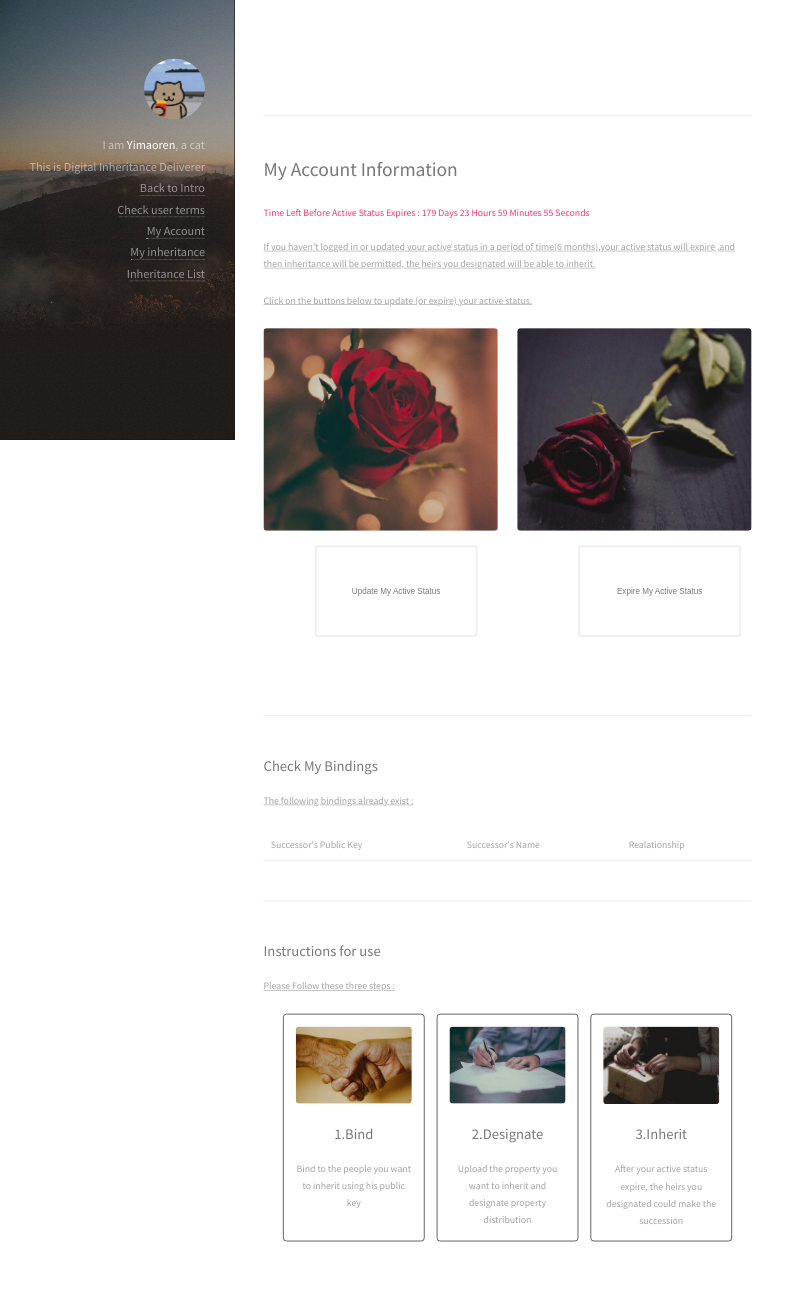
Repository: 1mocat/DID-blockchain-project
Page: Digital_I_D/app/src/myaccount.html
These files come from the project's save history. The page is drawn as it stood at one moment and after the next save; the edit follows.
The browser window is 1280 px wide. The page is 1315 px wide, so the pictures cover 1315 px, including what lies to the right of the window. The pictures show the whole page, at 61% of full size.

Above is the page before, as saved 2023-10-03 12:50:12.

After the next save:
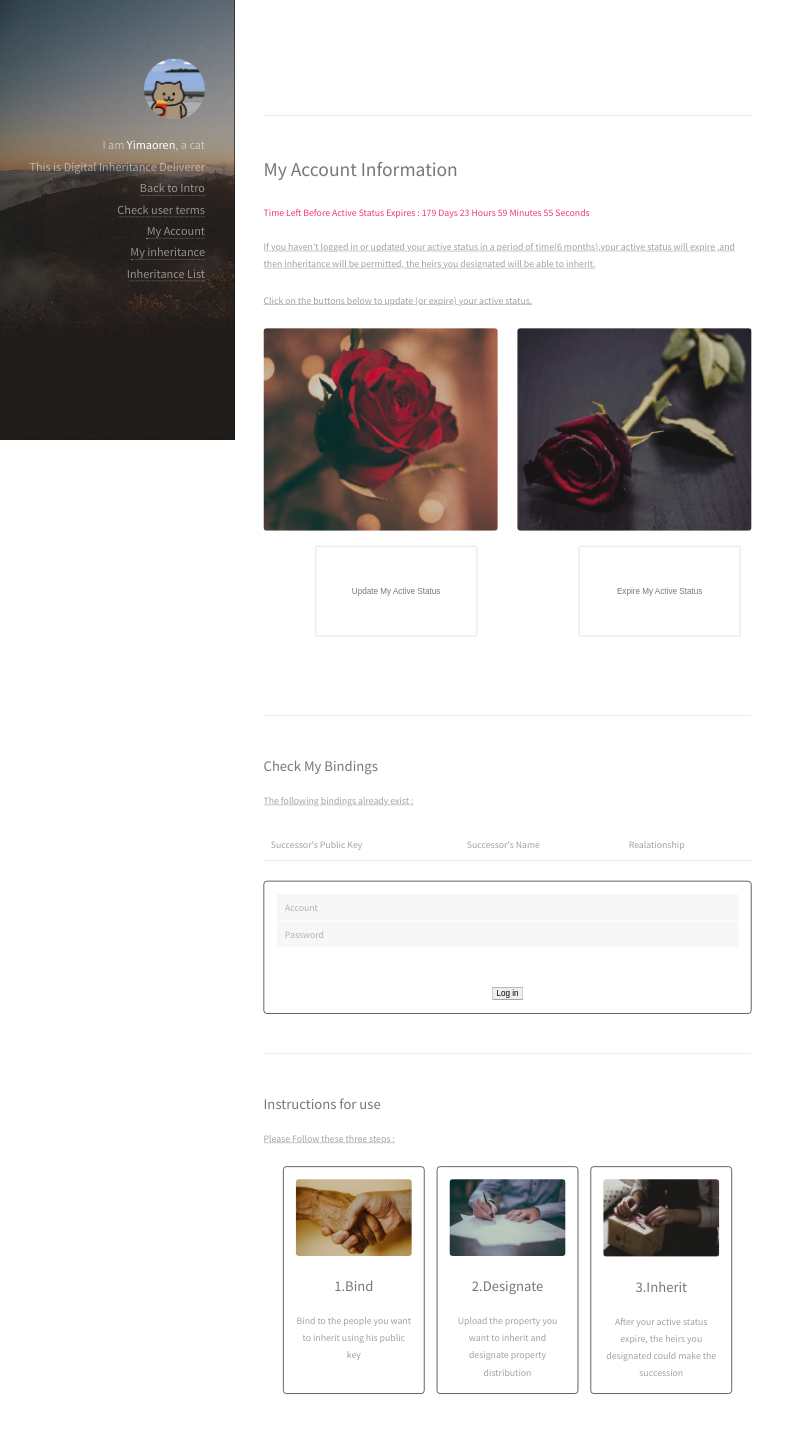
Saved 50 s later.
--- a/Digital_I_D/app/src/myaccount.html
+++ b/Digital_I_D/app/src/myaccount.html
@@ -152,6 +152,21 @@
 					<tbody id="details"></tbody>
 				</table>
 			</div>
+			<div class="box">
+				<form method="post" action="#">
+					<div class="fields">
+						<div class="field half"><input type="text" name="account" placeholder="Account" /></div>
+						<div class="field half"><input type="text" name="password" placeholder="Password" /></div>
+
+					</div>
+					<br>
+
+				</form>
+				<a href="UserAgreement.html">
+					<button>Log in</button>
+				</a>
+			</div>
+
 		</section>
 
 		<!-- Three -->

After the 2 saves that followed:
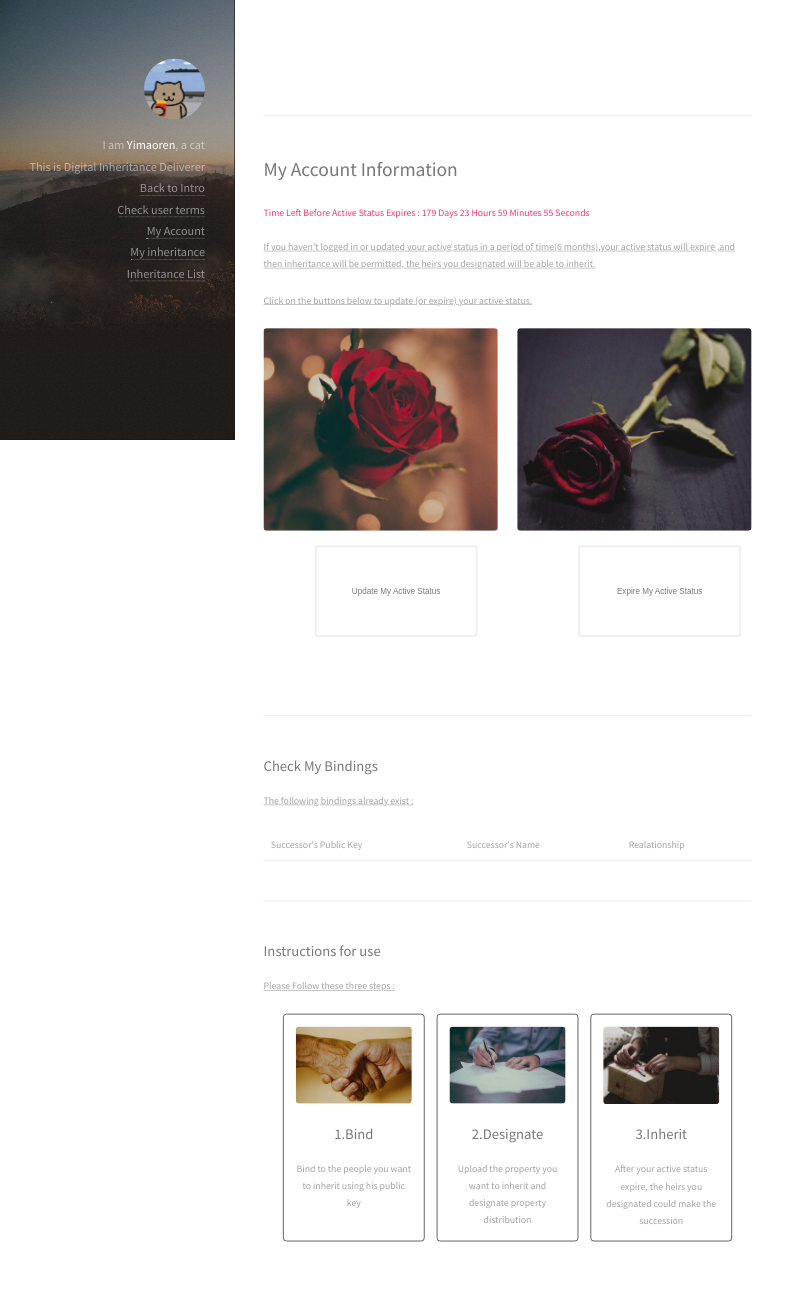
The 2 saves are shown as one change because they came seconds apart.
The last was saved 55 s later.
--- a/Digital_I_D/app/src/myaccount.html
+++ b/Digital_I_D/app/src/myaccount.html
@@ -151,20 +151,6 @@
 					</thead>
 					<tbody id="details"></tbody>
 				</table>
-			</div>
-			<div class="box">
-				<form method="post" action="#">
-					<div class="fields">
-						<div class="field half"><input type="text" name="account" placeholder="Account" /></div>
-						<div class="field half"><input type="text" name="password" placeholder="Password" /></div>
-
-					</div>
-					<br>
-
-				</form>
-				<a href="UserAgreement.html">
-					<button>Log in</button>
-				</a>
 			</div>
 
 		</section>
